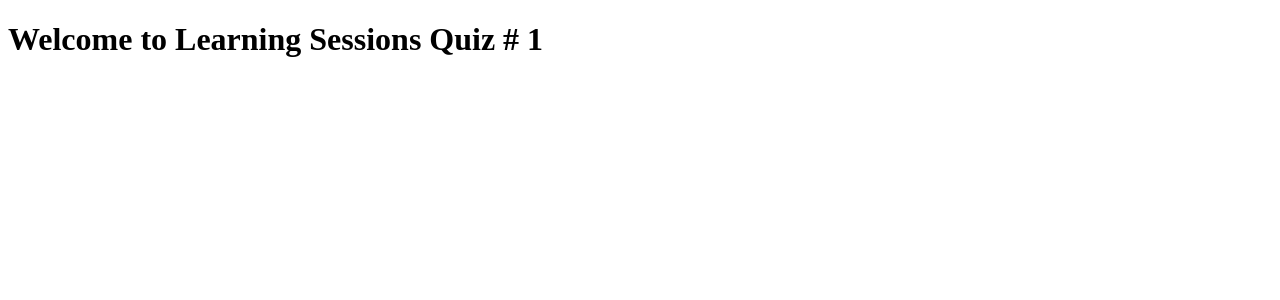
Repository: scheruva/sessions
Page: workspace/Quiz/WebContent/index.html
An editor plug-in stored every save of this project. The page is shown before and after the next save, followed by the edit.
The browser window is 1280 px wide. The pictures show the whole page.

Above is the page before, as saved 2017-07-16 16:26:35.

After the next save:
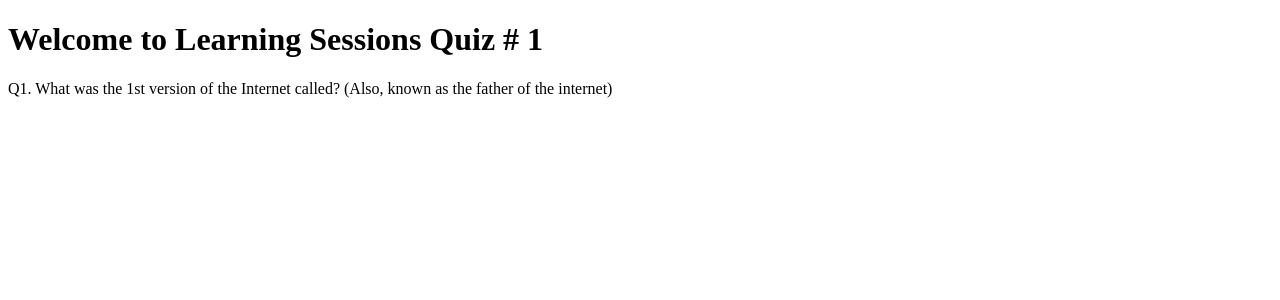
Saved 7 min 20 s later.
--- a/workspace/Quiz/WebContent/index.html
+++ b/workspace/Quiz/WebContent/index.html
@@ -6,6 +6,10 @@
 </head>
 <body>
 <h1>Welcome to Learning Sessions Quiz # 1</h1>
-
+<div id="q1">
+<p>
+Q1. What was the 1st version of the Internet called? (Also, known as the father of the internet)
+</p>
+</div>
 </body>
 </html>
